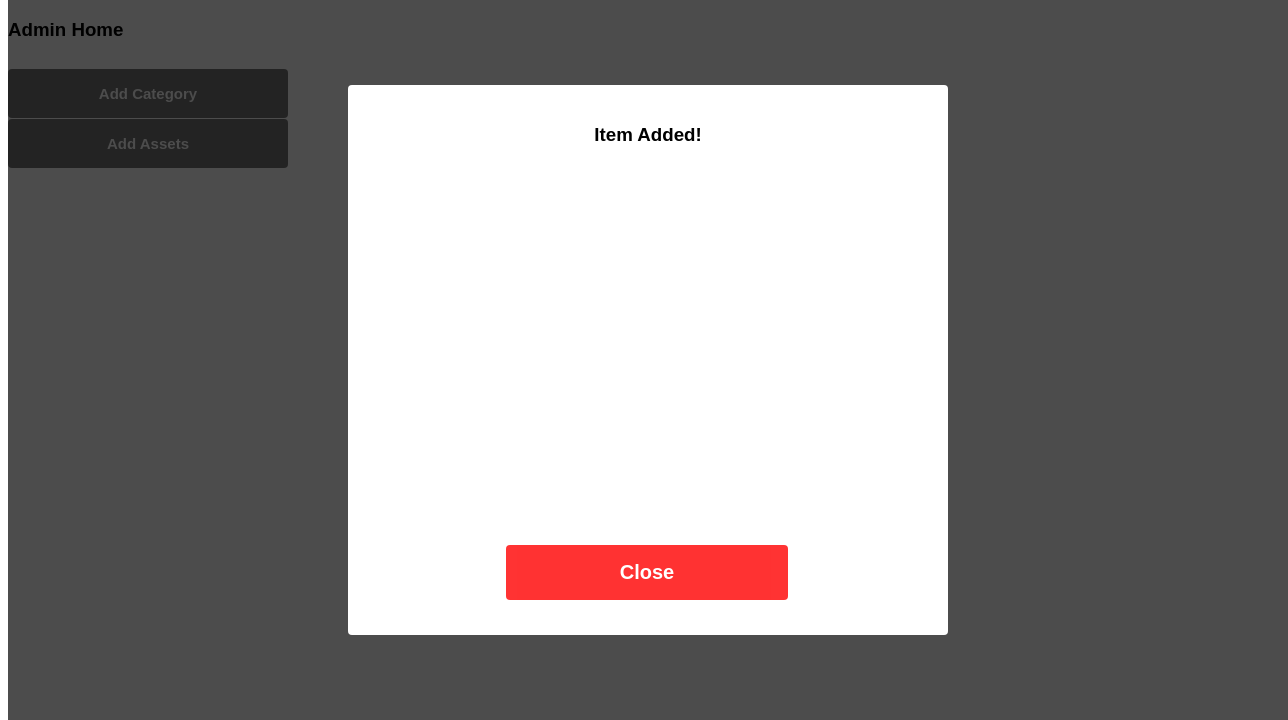
Repository: DhruvKaushal/CodeFury_404Found
Page: http://localhost/e-assets/assetadded.jsp
The author's editor kept a copy of each file at every save. The page is drawn from the files as they stood at one save, then again after the next save.
The browser window is 1280 px wide. The page is 1288 px wide, so the pictures cover 1288 px, including what lies to the right of the window. The pictures show the whole page.
The page is served by Tomcat 9.

Above is the page before, as saved 2020-10-05 10:43:59.

After the next save:
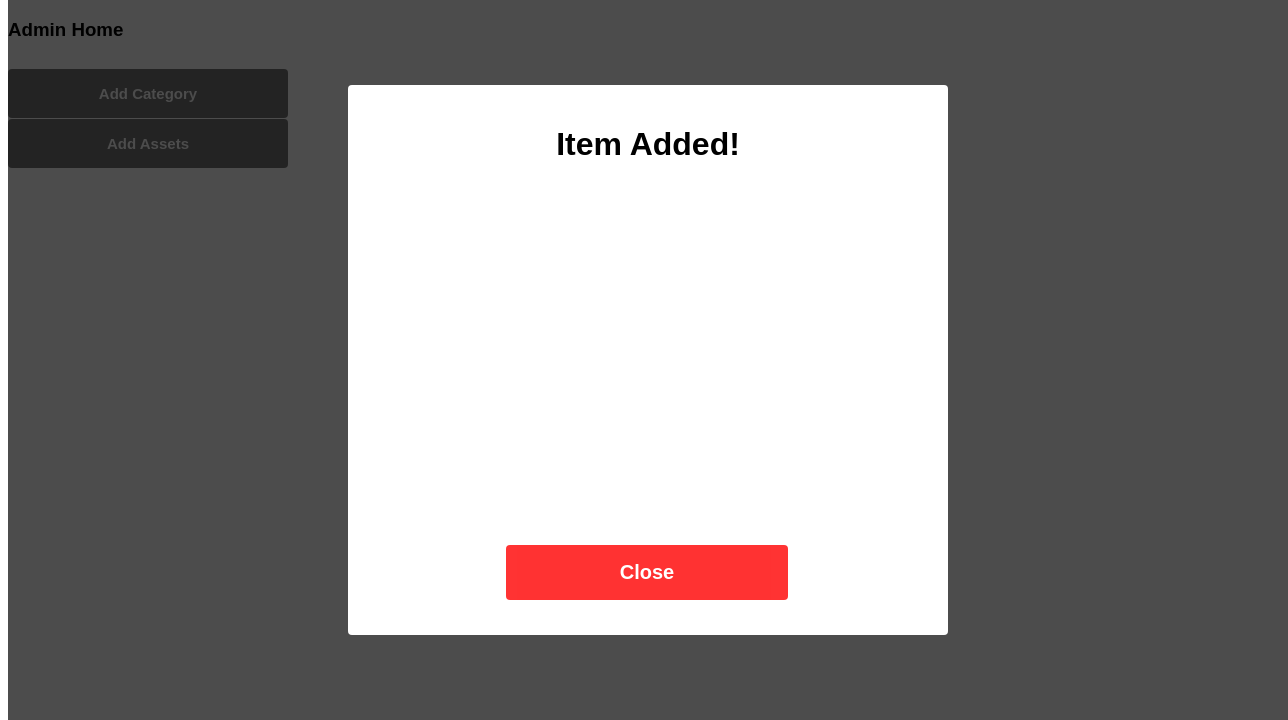
Saved 110 s later.
--- a/Aditya's New/E-Assets-Management/e-assets/WebContent/assetadded.jsp
+++ b/Aditya's New/E-Assets-Management/e-assets/WebContent/assetadded.jsp
@@ -18,7 +18,7 @@
         	<div class="modal-content">
 
 
-            <h3>Item Added!</h3>
+            <h1>Item Added!</h1>
 
 
 
